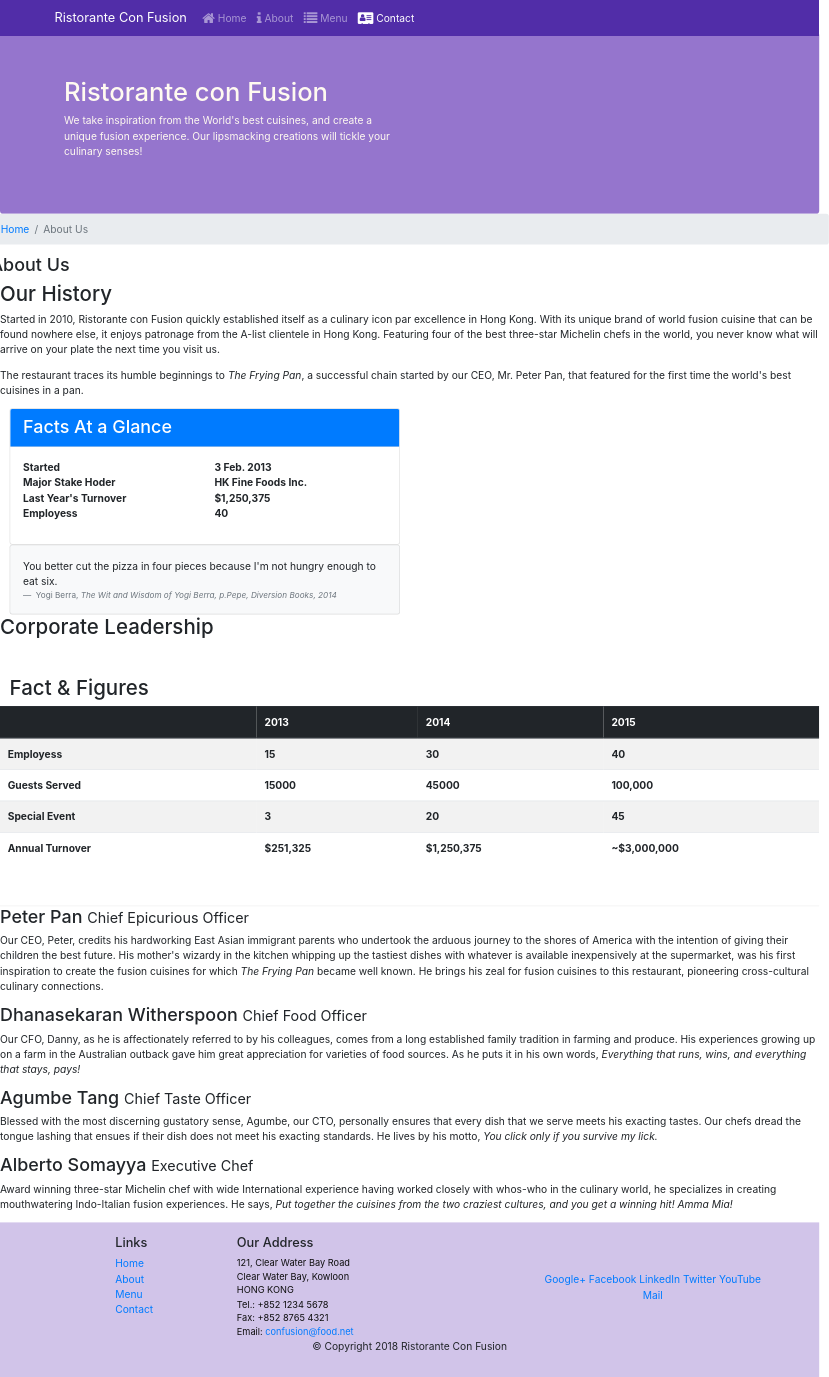
Repository: HwZau/conFusion
Page: aboutus.html
The author's editor kept a copy of each file at every save. The page is drawn from the files as they stood at one save, then again after the next save.
The browser window is 1280 px wide. The page is 1295 px wide, so the pictures cover 1295 px, including what lies to the right of the window. The pictures show the whole page, at 64% of full size.

Above is the page before, as saved 2022-05-26 10:48:10.

### aboutus.html
<!DOCTYPE html>
<html lang="en">

<head>
  <title>Ristorante Con Fusion: About Us</title>
  <meta charset="utf-8" />
  <meta name="viewport" content="width=device-width, initial-scale=1, shrink-to-fit=no" />
  <meta http-equiv="x-ua-compatible" content="ie=edge" />

  <!-- Bootstrap CSS -->
  <link rel="stylesheet" href="node_modules/bootstrap/dist/css/bootstrap.min.css" />
  <link rel="stylesheet" href="node_modules/font-awesome/css/font-awesome.min.css" />
  <link rel="stylesheet" href="node_modules/bootstrap-social/bootstrap-social.css" />
  <link rel="stylesheet" href="css/style.css" />
</head>
</head>

<body>
  <nav class="navbar navbar-dark navbar-expand-sm fixed-top">
    <div class="container">
      <button class="navbar-toggler" type="button" data-toggle="collapse" data-target="#Navbar">
        <span class="navbar-toggler-icon"></span>
      </button>
      <a class="navbar-brand" href="#">Ristorante Con Fusion</a>
      <div class="collapse navbar-collapse" id="Navbar">
        <ul class="navbar-nav mr-auto">
          <li class="nav-item">
            <a class="nav-link" href="./index.html"><span class="fa fa-home fa-lg"></span> Home</a>
          </li>
          <li class="nav-item">
            <a class="nav-link" href="./aboutus.html"><span class="fa fa-info fa-lg"></span> About</a>
          </li>
          <li class="nav-item">
            <a class="nav-link" href="#"><span class="fa fa-list fa-lg"></span> Menu</a>
          </li>
          <li class="nav-item active">
            <a class="nav-link" href="./contactus.html"><span class="fa fa-address-card fa-lg"></span> Contact</a>
          </li>
        </ul>
      </div>
    </div>
  </nav>

  <header class="jumbotron">
    <div class="container">
      <div class="row row-header">
        <div class="col-12 col-sm-6">
          <h1>Ristorante con Fusion</h1>
          <p>
            We take inspiration from the World's best cuisines, and create a
            unique fusion experience. Our lipsmacking creations will tickle
            your culinary senses!
          </p>
        </div>
        <div class="col-12 col-sm"></div>
      </div>
    </div>
  </header>

  <div>
    <div>
      <div class="row">
        <ol class="col-12 breadcrumb">
          <li class="breadcrumb-item"><a href="./index.html">Home</a></li>
          <li class="breadcrumb-item active"><a>About Us</a></li>
        </ol>
        <h3>About Us</h3>
        <hr />
      </div>
    </div>

    <div>
      <div>
        <h2>Our History</h2>
        <p>
          Started in 2010, Ristorante con Fusion quickly established itself as
          a culinary icon par excellence in Hong Kong. With its unique brand
          of world fusion cuisine that can be found nowhere else, it enjoys
          patronage from the A-list clientele in Hong Kong. Featuring four of
          the best three-star Michelin chefs in the world, you never know what
          will arrive on your plate the next time you visit us.
        </p>
        <p>
          The restaurant traces its humble beginnings to
          <em>The Frying Pan</em>, a successful chain started by our CEO, Mr.
          Peter Pan, that featured for the first time the world's best
          cuisines in a pan.
        </p>
      </div>
      <div class="col-12 col-sm-6">
        <div class="card">
          <h3 class="card-header bg-primary text-white">Facts At a Glance</h3>
          <div class="card-body">
            <dl class="row">
              <dt class="col-6">Started</dt>
              <dt class="col-6">3 Feb. 2013</dt>
              <dt class="col-6">Major Stake Hoder</dt>
              <dt class="col-6">HK Fine Foods Inc.</dt>
              <dt class="col-6">Last Year's Turnover</dt>
              <dt class="col-6">$1,250,375</dt>
              <dt class="col-6">Employess</dt>
              <dt class="col-6">40</dt>
            </dl>
          </div>
        </div>
      </div>
      <div class="col-6">
        <div class="card card-body bg-light">
          <p class="mb-0">You better cut the pizza in four pieces because I'm not hungry enough to eat six.</p>
          <footer class="blockquote-footer">
            Yogi Berra, <cite title="Source Title">The Wit and Wisdom of Yogi Berra, p.Pepe, Diversion Books,
              2014</cite>
          </footer>
        </div>
      </div>
    </div>

    <div>
      <div>
        <h2>Corporate Leadership</h2>
        <div class="row row-content">
          <div class="col-12 col-sm-9">
            <h2>Fact &amp; Figures</h2>
          </div>
          <div class="col-12 col-sm-3"></div>

          <div class="table-responsive">
            <table class="table table-striped">
              <thead class="thead-dark">
                <tr>
                  <th>&nbsp;</th>
                  <th>2013</th>
                  <th>2014</th>
                  <th>2015</th>
                </tr>
              </thead>
              <tbody>
                <tr>
                  <th>Employess</th>
                  <th>15</th>
                  <th>30</th>
                  <th>40</th>
                </tr>
                <tr>
                  <th>Guests Served</th>
                  <th>15000</th>
                  <th>45000</th>
                  <th>100,000</th>
                </tr>
                <tr>
                  <th>Special Event</th>
                  <th>3</th>
                  <th>20</th>
                  <th>45</th>
                </tr>
                <tr>
                  <th>Annual Turnover</th>
                  <th>$251,325</th>
                  <th>$1,250,375</th>
                  <th>~$3,000,000</th>
                </tr>
              </tbody>
            </table>
          </div>
        </div>
        <h3>Peter Pan <small>Chief Epicurious Officer</small></h3>
        <p>
          Our CEO, Peter, credits his hardworking East Asian immigrant parents
          who undertook the arduous journey to the shores of America with the
          intention of giving their children the best future. His mother's
          wizardy in the kitchen whipping up the tastiest dishes with whatever
          is available inexpensively at the supermarket, was his first
          inspiration to create the fusion cuisines for which
          <em>The Frying Pan</em> became well known. He brings his zeal for
          fusion cuisines to this restaurant, pioneering cross-cultural
          culinary connections.
        </p>
        <h3>Dhanasekaran Witherspoon <small>Chief Food Officer</small></h3>
        <p>
          Our CFO, Danny, as he is affectionately referred to by his
          colleagues, comes from a long established family tradition in
          farming and produce. His experiences growing up on a farm in the
          Australian outback gave him great appreciation for varieties of food
          sources. As he puts it in his own words,
          <em>Everything that runs, wins, and everything that stays, pays!</em>
        </p>
        <h3>Agumbe Tang <small>Chief Taste Officer</small></h3>
        <p>
          Blessed with the most discerning gustatory sense, Agumbe, our CTO,
          personally ensures that every dish that we serve meets his exacting
          tastes. Our chefs dread the tongue lashing that ensues if their dish
          does not meet his exacting standards. He lives by his motto,
          <em>You click only if you survive my lick.</em>
        </p>
        <h3>Alberto Somayya <small>Executive Chef</small></h3>
        <p>
          Award winning three-star Michelin chef with wide International
          experience having worked closely with whos-who in the culinary
          world, he specializes in creating mouthwatering Indo-Italian fusion
          experiences. He says,
          <em>Put together the cuisines from the two craziest cultures, and you
            get a winning hit! Amma Mia!</em>
        </p>
      </div>
    </div>
  </div>

  <footer class="footer">
    <div class="container">
      <div class="row">
        <div class="col-4 offset-1 col-sm-2">
          <h5>Links</h5>
          <ul class="list-unstyled">
            <li><a href="#">Home</a></li>
            <li><a href="#">About</a></li>
            <li><a href="#">Menu</a></li>
            <li><a href="#">Contact</a></li>
          </ul>
        </div>
        <div class="col-7 col-sm-5">
          <h5>Our Address</h5>
          <address>
            121, Clear Water Bay Road<br />
            Clear Water Bay, Kowloon<br />
            HONG KONG<br />
            Tel.: +852 1234 5678<br />
            Fax: +852 8765 4321<br />
            Email: <a href="mailto:confusion@food.net">confusion@food.net</a>
          </address>
        </div>
        <div class="col-12 col-sm-4 align-self-center">
          <div class="text-center">
            <a href="http://google.com/+">Google+</a>
            <a href="http://www.facebook.com/profile.php?id=">Facebook</a>
            <a href="http://www.linkedin.com/in/">LinkedIn</a>
            <a href="http://twitter.com/">Twitter</a>
            <a href="http://youtube.com/">YouTube</a>
            <a href="mailto:">Mail</a>
          </div>
        </div>
      </div>
      <div class="row justify-content-center">
        <div class="col-auto">
          <p>© Copyright 2018 Ristorante Con Fusion</p>
        </div>
      </div>
    </div>
  </footer>

</body>

</html>

### css/style.css
body{
	padding: 50px 0px 0px 0px ;
	z-index: 0;
}
.navbar-dark{
	background-color: #512DA8;
}
.row-header {
	margin: 0px auto;
	padding: 0px auto;
}

.row-content {
	margin: 0 auto;
	padding: 50px 0px 50px 0px;
	border-bottom: 1px ridge;
	min-height: 400px;
}

.footer {
	background-color: #D1C4E9;
	margin: 0px auto;
	padding: 20px 0px 20px 0px;
}

.jumbotron {
	padding: 70px 30px 70px 30px;
	margin: 0px auto;
	background: #9575CD;
	color: floralwhite;
}

address {
	font-size: 90%;
	margin: 0px;
	color:#0f0f0f;
}

Loaded but not shown: node_modules/bootstrap/dist/css/bootstrap.min.css (library); node_modules/font-awesome/css/font-awesome.min.css (library); node_modules/bootstrap-social/bootstrap-social.css (library)

After the next save:
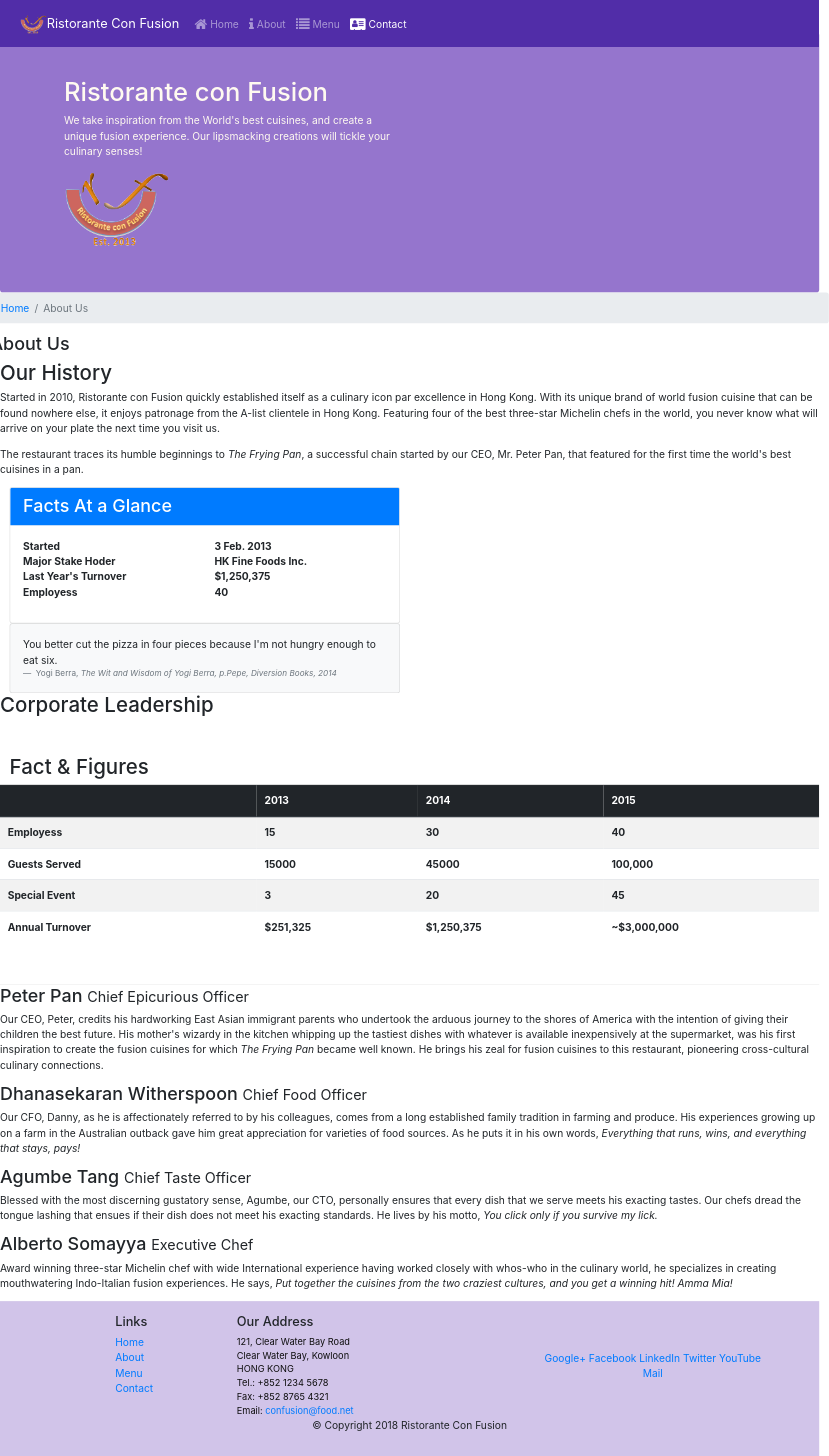
Saved 2 min 39 s later.
--- a/aboutus.html
+++ b/aboutus.html
@@ -17,10 +17,12 @@
 
 <body>
   <nav class="navbar navbar-dark navbar-expand-sm fixed-top">
-    <div class="container">
+    <div class="navbar">
       <button class="navbar-toggler" type="button" data-toggle="collapse" data-target="#Navbar">
         <span class="navbar-toggler-icon"></span>
       </button>
+
+      <a class="navbar-brand mr-auto" href="#"><img src="img/logo.png" height="30" width="41"></a>
       <a class="navbar-brand" href="#">Ristorante Con Fusion</a>
       <div class="collapse navbar-collapse" id="Navbar">
         <ul class="navbar-nav mr-auto">
@@ -34,7 +36,7 @@
             <a class="nav-link" href="#"><span class="fa fa-list fa-lg"></span> Menu</a>
           </li>
           <li class="nav-item active">
-            <a class="nav-link" href="./contactus.html"><span class="fa fa-address-card fa-lg"></span> Contact</a>
+            <a class="nav-link" href="#"><span class="fa fa-address-card fa-lg"></span> Contact</a>
           </li>
         </ul>
       </div>
@@ -52,7 +54,9 @@
             your culinary senses!
           </p>
         </div>
-        <div class="col-12 col-sm"></div>
+      </div>
+      <div class="col-12 col-sm align-self-center">
+        <img src="img/logo.png" alt="" class="img-fluid">
       </div>
     </div>
   </header>
